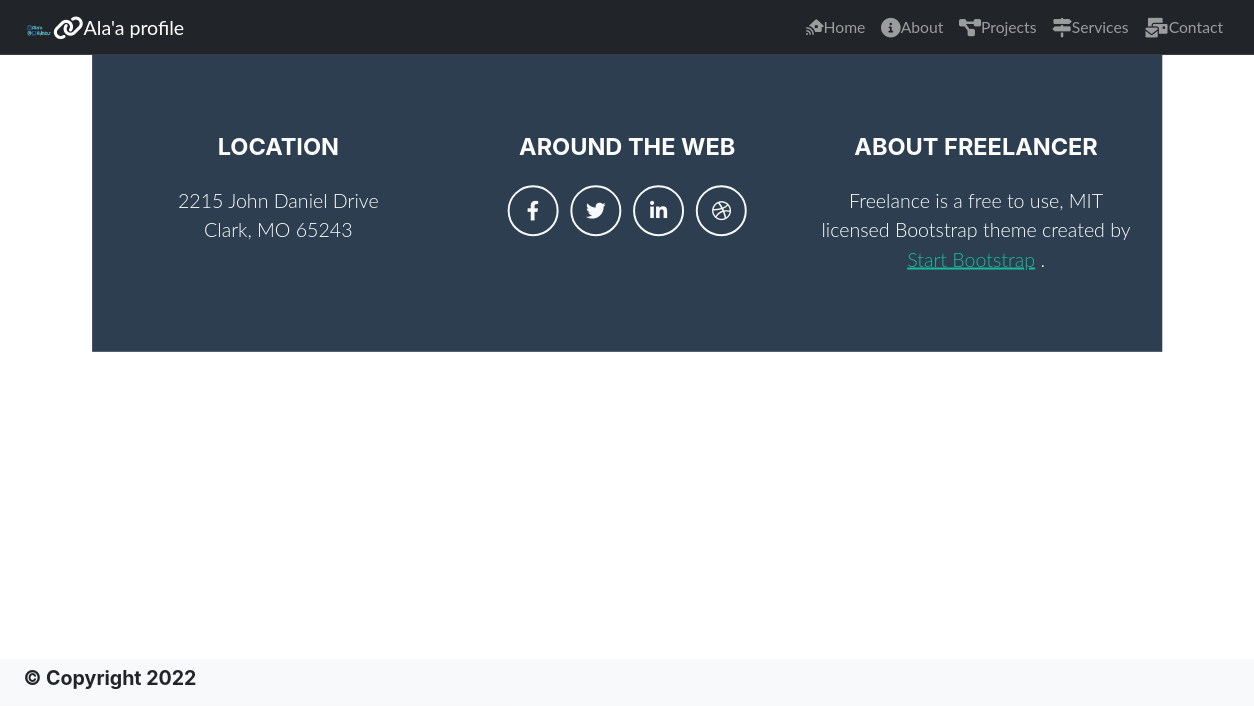
Repository: alaakhdour/heroukulivesite-section1
Page: http://localhost/about
An editor plug-in stored every save of this project. The page is shown before and after the next save, followed by the edit.
The browser window is 1280 px wide. The pictures show the whole page, at 98% of full size.
The page is served by the project's Node server (server.js). Other server files are loaded and not shown.

Above is the page before, as saved 2022-06-17 08:37:59.

### Server/Views/index.ejs

<!DOCTYPE html>
<html lang="en">
<head>
    <meta charset="UTF-8">
    <meta http-equiv="X-UA-Compatible" content="IE=edge">
    <meta name="viewport" content="width=device-width, initial-scale=1.0">
    <title><%= title %></title>
    <!-- CSS Section -->
    <link rel="stylesheet" href="./bootstrap/dist/css/bootstrap.min.css">
    <link rel="stylesheet" href="./@fortawsome/fontawesome-free/css/all.min.css">
    <link rel="stylesheet" href="./Content/app.css">
    <link rel="stylesheet" href="./Content/styles.css">
</head>
<body>
    <!-- Main Navigation Section -->
    <header>
        <%- include('./components/header.ejs'); %>
    </header>

    <!-- Content Section-->
    <main>
        <%- include('content/' + page + '.ejs'); %>

    </main>

    <!-- Site-wide footer-->
    <footer>
        <%- include('components/footer.ejs'); %>
    </footer>

    <!-- JavaScript Section -->
    <script src="./jquery/dist/jquery.min.js"></script>
    <script src="./bootstrap/dist/js/bootstrap.min.js"></script>
    <script src="./@fortawesome/fontawesome-free/js/all.min.js"></script>
    <script src="./Scripts/app.js"></script>
</body>
</html>

### Server/Views/components/header.ejs
<nav class="navbar navbar-expand-lg navbar-dark bg-dark">
    <div class="container-fluid">
      <a class="navbar-brand" href="/"> <img src="./Assets/images/logo.png" alt="" width="30" height="24"><i class="fa-solid fa-link fa-lg"></i>Ala'a profile</a>
      <button class="navbar-toggler" type="button" data-bs-toggle="collapse" data-bs-target="#navbarSupportedContent" aria-controls="navbarSupportedContent" aria-expanded="false" aria-label="Toggle navigation">
        <span class="navbar-toggler-icon"></span>
      </button>
      <div class="collapse navbar-collapse" id="navbarSupportedContent">
        <ul class="navbar-nav ms-auto mb-2 mb-lg-0">
          <li class="nav-item">
            <a class="nav-link" aria-current="page" href="/home"><i class="fa-solid fa-house-signal"></i>Home</a>
          </li>

          <li class="nav-item">
            <a class="nav-link" aria-current="page" href="/about"><i class="fa-solid fa-circle-info fa-lg"></i>About</a>
          </li>

          <li class="nav-item">
            <a class="nav-link" aria-current="page" href="/projects"><i class="fa-solid fa-diagram-project fa-lg"></i>Projects</a>
          </li>

          <li class="nav-item">
            <a class="nav-link" aria-current="page" href="/services"><i class="fa-solid fa-signs-post fa-lg"></i>Services</a>
          </li>

          <li class="nav-item">
            <a class="nav-link" aria-current="page" href="/contact"><i class="fa-solid fa-envelopes-bulk fa-lg"></i>Contact </a>
          </li>


        </ul>
      </div>
    </div>
  </nav>

### Server/Views/content/about.ejs
<div class="container">
    <!-- Footer-->
    <footer class="footer text-center">
        <div class="container">
            <div class="row">
                <!-- Footer Location-->
                <div class="col-lg-4 mb-5 mb-lg-0">
                    <h4 class="text-uppercase mb-4">Location</h4>
                    <p class="lead mb-0">
                        2215 John Daniel Drive
                        <br />
                        Clark, MO 65243
                    </p>
                </div>
                <!-- Footer Social Icons-->
                <div class="col-lg-4 mb-5 mb-lg-0">
                    <h4 class="text-uppercase mb-4">Around the Web</h4>
                    <a class="btn btn-outline-light btn-social mx-1" href="#!"><i class="fab fa-fw fa-facebook-f"></i></a>
                    <a class="btn btn-outline-light btn-social mx-1" href="#!"><i class="fab fa-fw fa-twitter"></i></a>
                    <a class="btn btn-outline-light btn-social mx-1" href="#!"><i class="fab fa-fw fa-linkedin-in"></i></a>
                    <a class="btn btn-outline-light btn-social mx-1" href="#!"><i class="fab fa-fw fa-dribbble"></i></a>
                </div>
                <!-- Footer About Text-->
                <div class="col-lg-4">
                    <h4 class="text-uppercase mb-4">About Freelancer</h4>
                    <p class="lead mb-0">
                        Freelance is a free to use, MIT licensed Bootstrap theme created by
                        <a href="http://startbootstrap.com">Start Bootstrap</a>
                        .
                    </p>
                </div>
            </div>
        </div>
    </footer>
</div>

### Server/Views/components/footer.ejs
<nav class="navbar fixed-bottom bg-light">
    <div class="container-fluid">
      <h5 id="copyright">&copy; Copyright 2022</h5>
    </div>
  </nav>

### server.js
"use strict";
var __importDefault = (this && this.__importDefault) || function (mod) {
    return (mod && mod.__esModule) ? mod : { "default": mod };
};
Object.defineProperty(exports, "__esModule", { value: true });
const app_1 = __importDefault(require("./Server/Config/app"));
const debug_1 = __importDefault(require("debug"));
(0, debug_1.default)('week4:server');
const http_1 = __importDefault(require("http"));
const port = normalizePort(process.env.PORT || '3000');
app_1.default.set('port', port);
const server = http_1.default.createServer(app_1.default);
server.listen(port);
server.on('error', onError);
server.on('listening', onListening);
function normalizePort(val) {
    let port = parseInt(val, 10);
    if (isNaN(port)) {
        return val;
    }
    if (port >= 0) {
        return port;
    }
    return false;
}
function onError(error) {
    if (error.syscall !== 'listen') {
        throw error;
    }
    let bind = typeof port === 'string'
        ? 'Pipe ' + port
        : 'Port ' + port;
    switch (error.code) {
        case 'EACCES':
            console.error(bind + ' requires elevated privileges');
            process.exit(1);
            break;
        case 'EADDRINUSE':
            console.error(bind + ' is already in use');
            process.exit(1);
            break;
        default:
            throw error;
    }
}
function onListening() {
    let addr = server.address();
    let bind = 'pipe ' + addr;
    (0, debug_1.default)('Listening on ' + bind);
}
//# sourceMappingURL=server.js.map

### Server/Routes/index.js
"use strict";
var __importDefault = (this && this.__importDefault) || function (mod) {
    return (mod && mod.__esModule) ? mod : { "default": mod };
};
Object.defineProperty(exports, "__esModule", { value: true });
const express_1 = __importDefault(require("express"));
const router = express_1.default.Router();
router.get('/', function (req, res, next) {
    res.render('index', { title: 'Home', page: 'home' });
});
router.get('/home', function (req, res, next) {
    res.render('index', { title: 'Home', page: 'home' });
});
router.get('/about', function (req, res, next) {
    res.render('index', { title: 'About Us', page: 'about' });
});
router.get('/projects', function (req, res, next) {
    res.render('index', { title: 'My Projects', page: 'projects' });
});
router.get('/services', function (req, res, next) {
    res.render('index', { title: 'My services', page: 'services' });
});
router.get('/contact', function (req, res, next) {
    res.render('index', { title: 'contact us', page: 'contact' });
});
exports.default = router;
//# sourceMappingURL=index.js.map

### Client/data/data.json
{
    "FullName": "AlaaAlkhdour",
    "ContactNumber": "999999999999",
    "EmailAddress": "ala@example.com"
}

### content/app.css
h1
{
    font-size: 70px;
    font-family: Verdana, Geneva, Tahoma, sans-serif;
}

### scripts/app.js
//IIFE
(function()
{

    function Start()
    {
        console.log("App Started!");

        // use AJAX to read JSON file

        // Step 1: Create a new XHR object
        let XHR = new XMLHttpRequest();

        // Step 2: Create the request
        XHR.open("GET", "../data/data.json");

        // Step 3: Send the request
        XHR.send();

        // Step 4: create an event listener/handler
        XHR.addEventListener("readystatechange", function()
        {
            if(XHR.readyState == 4 && XHR.status == 200)
            {
                console.log("JSON Data:");
                console.log("===========");
                console.log(XHR.responseText);
            }
        });
    }

    window.addEventListener("load", Start);

})();

Loaded but not shown: Client/content/styles.css (library)

After the next save:
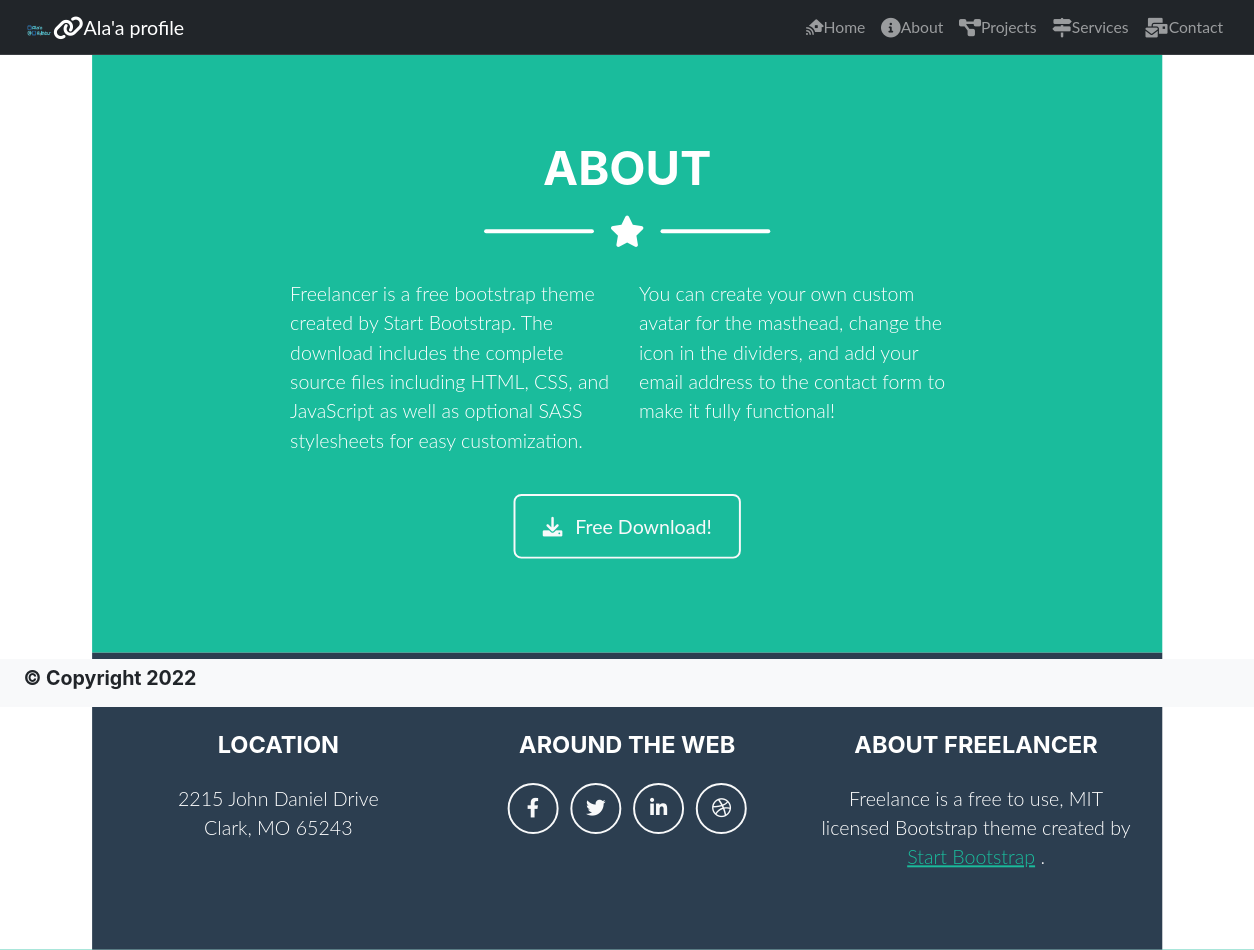
Saved 3 min 0 s later.
--- a/Server/Views/content/about.ejs
+++ b/Server/Views/content/about.ejs
@@ -1,4 +1,32 @@
 <div class="container">
+
+
+    <!-- About Section-->
+    <section class="page-section bg-primary text-white mb-0" id="about">
+        <div class="container">
+            <!-- About Section Heading-->
+            <h2 class="page-section-heading text-center text-uppercase text-white">About</h2>
+            <!-- Icon Divider-->
+            <div class="divider-custom divider-light">
+                <div class="divider-custom-line"></div>
+                <div class="divider-custom-icon"><i class="fas fa-star"></i></div>
+                <div class="divider-custom-line"></div>
+            </div>
+            <!-- About Section Content-->
+            <div class="row">
+                <div class="col-lg-4 ms-auto"><p class="lead">Freelancer is a free bootstrap theme created by Start Bootstrap. The download includes the complete source files including HTML, CSS, and JavaScript as well as optional SASS stylesheets for easy customization.</p></div>
+                <div class="col-lg-4 me-auto"><p class="lead">You can create your own custom avatar for the masthead, change the icon in the dividers, and add your email address to the contact form to make it fully functional!</p></div>
+            </div>
+            <!-- About Section Button-->
+            <div class="text-center mt-4">
+                <a class="btn btn-xl btn-outline-light" href="https://startbootstrap.com/theme/freelancer/">
+                    <i class="fas fa-download me-2"></i>
+                    Free Download!
+                </a>
+            </div>
+        </div>
+    </section>
+
     <!-- Footer-->
     <footer class="footer text-center">
         <div class="container">
